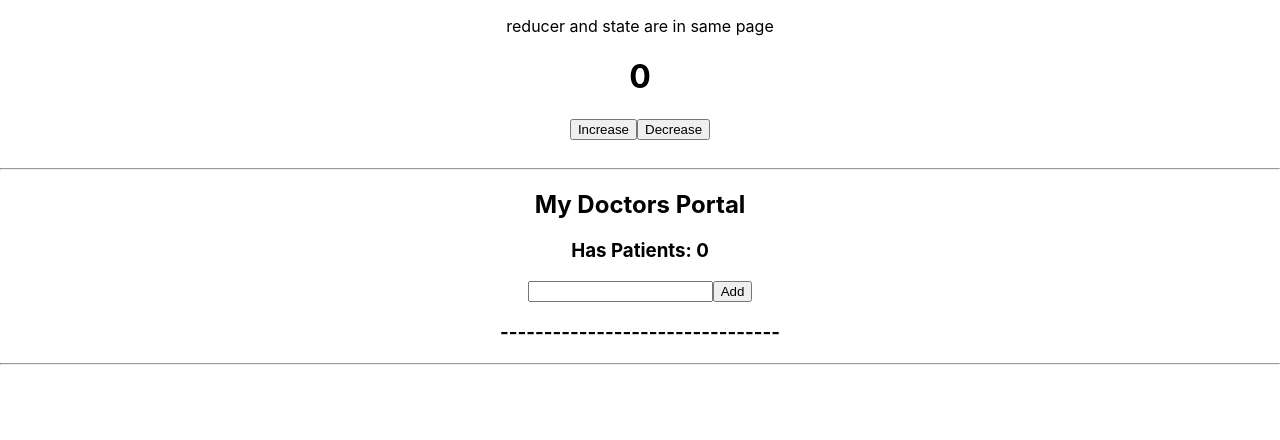
Repository: Sharif-00112/exploring-redux-useReducer
Page: /
An editor plug-in stored every save of this project. The page is shown before and after the next save, followed by the edit.
The browser window is 1280 px wide. The pictures show the whole page.
The project was rebuilt for these pictures with package versions that can differ from the ones it lists, and the page was loaded fresh each time.

Above is the page before, as saved 2023-01-09 23:05:13.

After the next save:
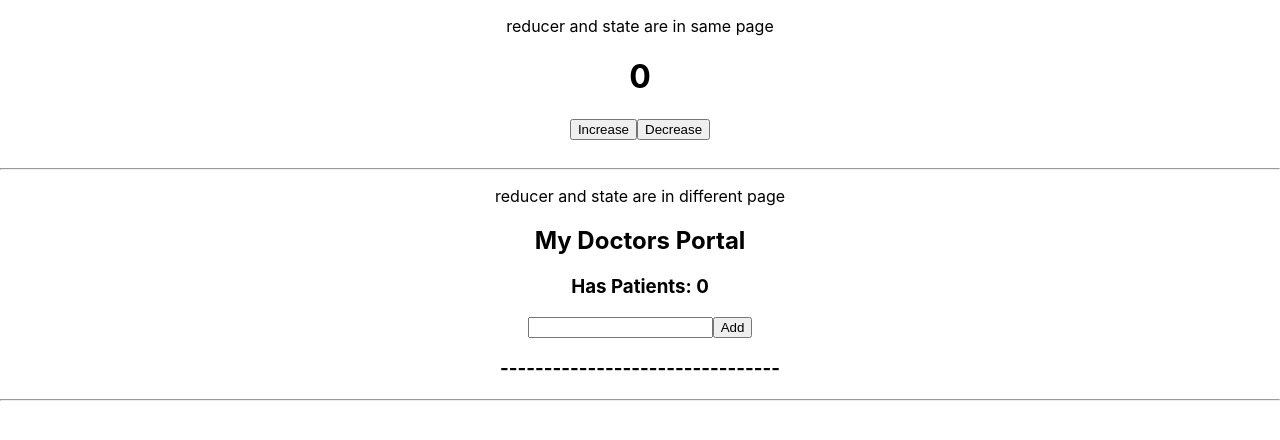
Saved 18 s later.
--- a/src/App.js
+++ b/src/App.js
@@ -17,6 +17,7 @@ function App() {
       <Count></Count>
       <br />
       <hr />
+      <p>reducer and state are in different page</p>
       <Portal></Portal>
       <hr />
     </div>
